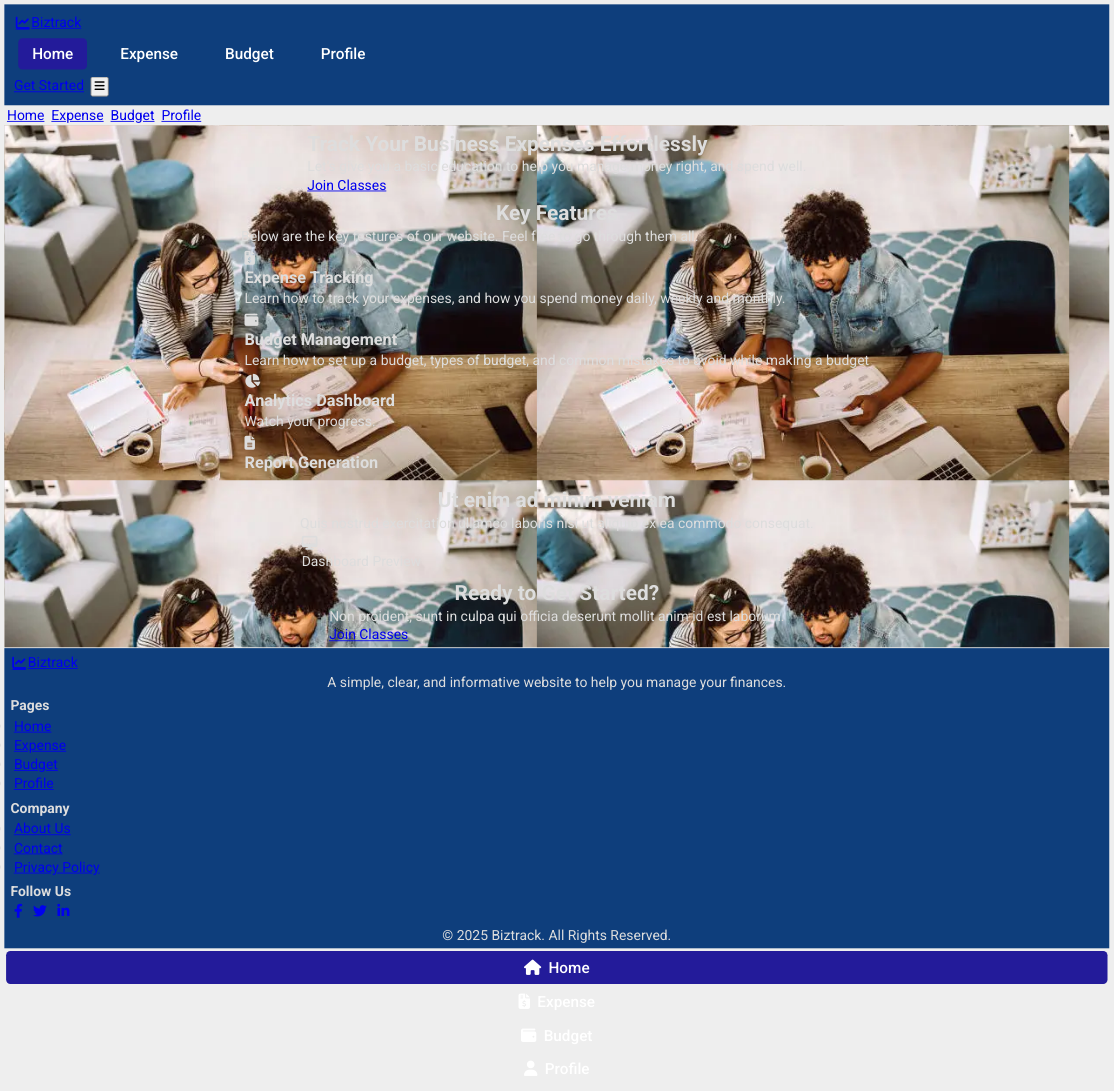
Repository: JoyUdoh106/wdd131
Page: project/index.html
These files come from the project's save history. The page is drawn as it stood at one moment and after the next save; the edit follows.
The browser window is 1280 px wide. The pictures show the whole page, at 87% of full size.

Above is the page before, as saved 2025-08-10 18:53:41.
Console error: TypeError: Cannot set properties of null (setting 'textContent')

After the next save:
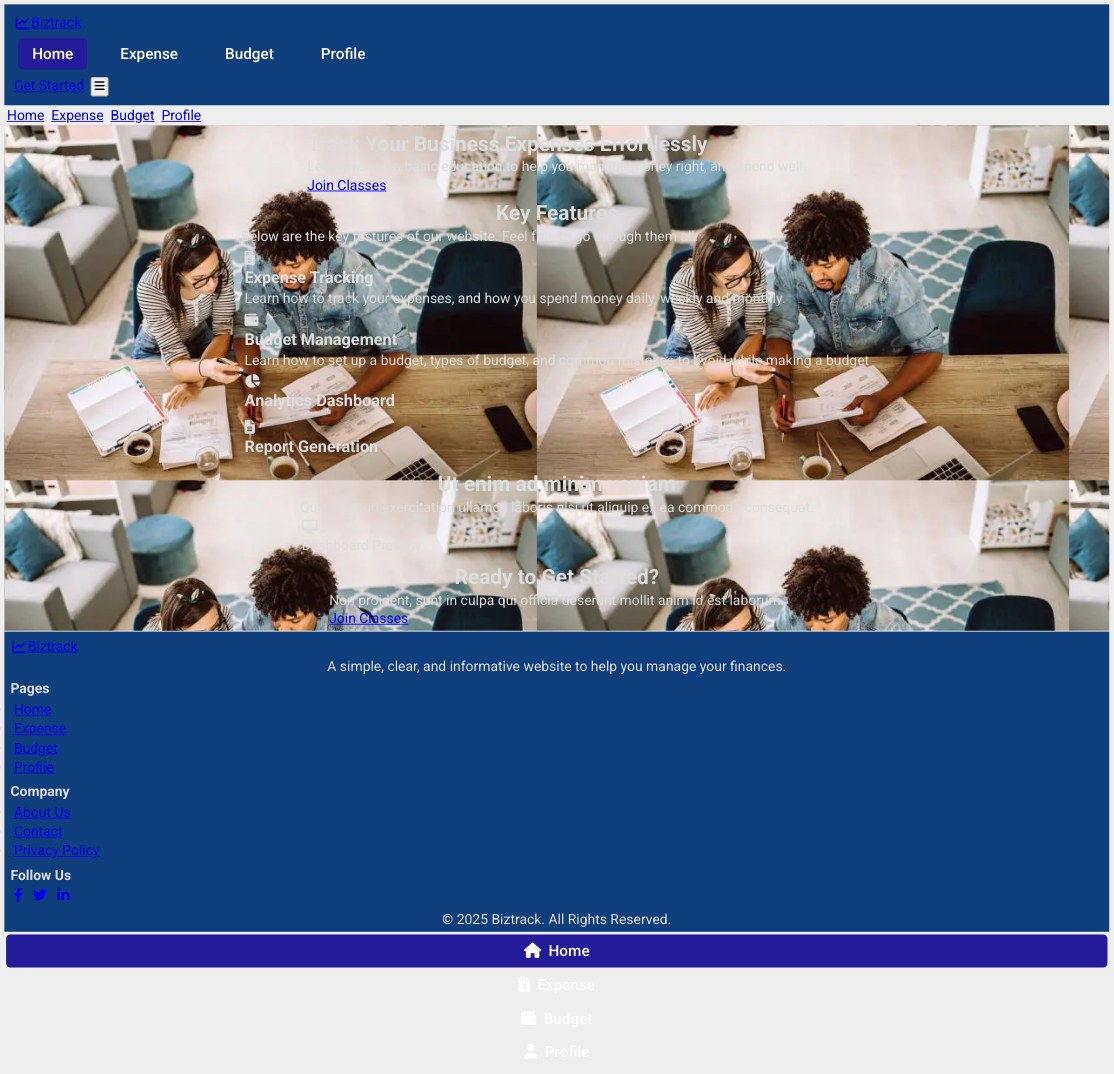
Saved 6 s later.
--- a/project/index.html
+++ b/project/index.html
@@ -69,7 +69,7 @@
                     <div class="feature-card reveal">
                         <i class="fas fa-chart-pie icon"></i>
                         <h3>Analytics Dashboard</h3>
-                        <p>Watch your progress.</p>
+                        <p></p>
                     </div>
                     <div class="feature-card reveal">
                         <i class="fas fa-file-alt icon"></i>

After the save that followed:
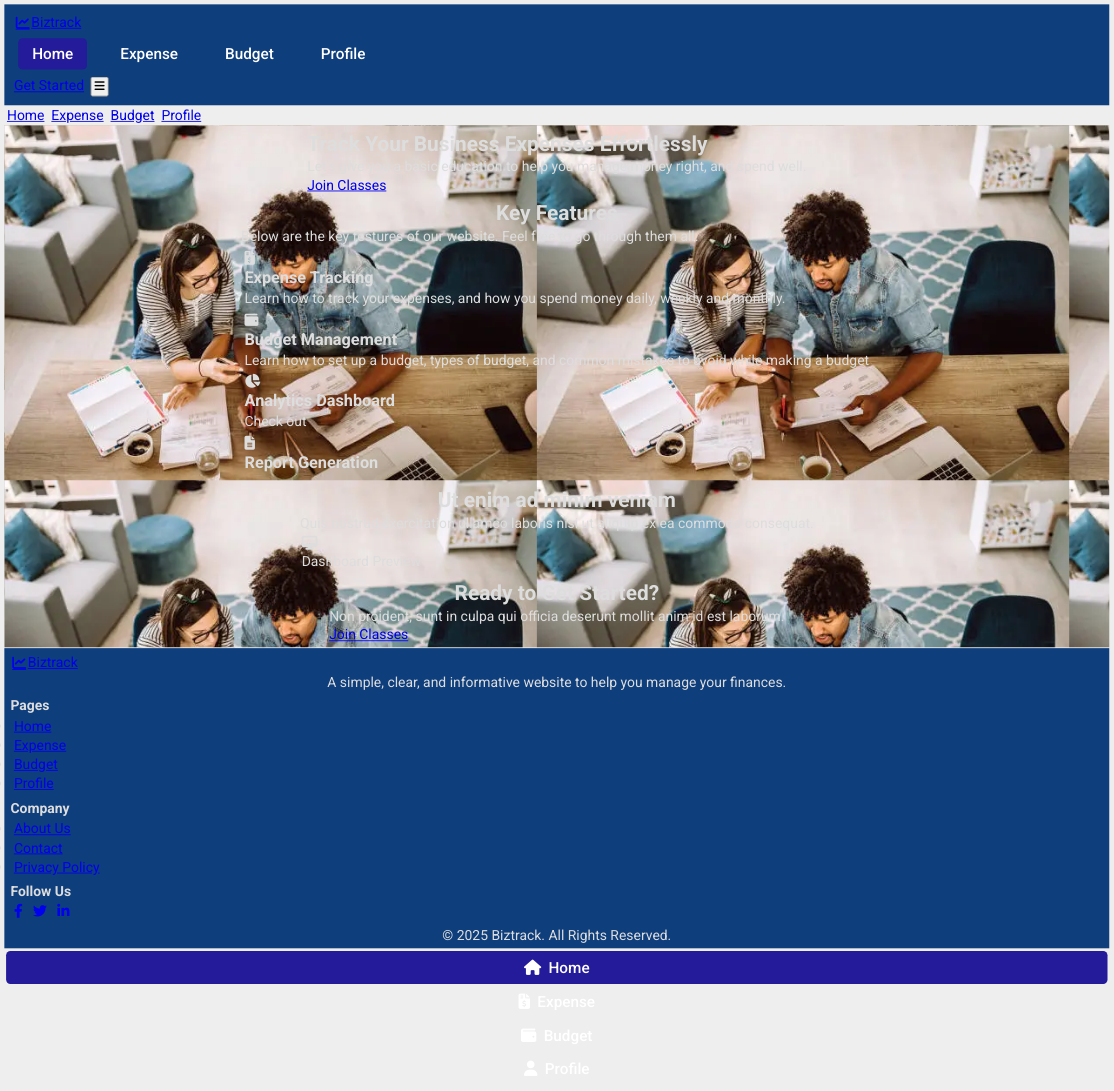
Saved 7 s later.
--- a/project/index.html
+++ b/project/index.html
@@ -69,7 +69,7 @@
                     <div class="feature-card reveal">
                         <i class="fas fa-chart-pie icon"></i>
                         <h3>Analytics Dashboard</h3>
-                        <p></p>
+                        <p>Check out </p>
                     </div>
                     <div class="feature-card reveal">
                         <i class="fas fa-file-alt icon"></i>
